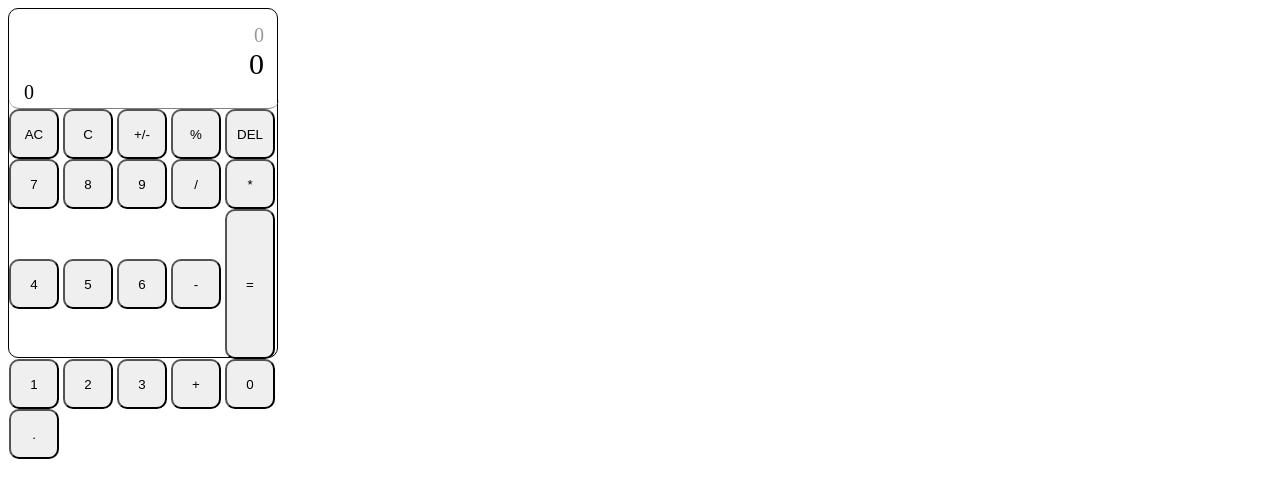
Repository: baziz22/Vanilla_JS_Projects
Page: claculator/index.html
The author's editor kept a copy of each file at every save. The page is drawn from the files as they stood at one save, then again after the next save.
The browser window is 1280 px wide. The pictures show the whole page.

Above is the page before, as saved 2022-03-02 02:58:58.
Console error: SyntaxError: Malformed arrow function parameter list

### claculator/index.html
<!DOCTYPE html>
<html lang="en">
  <head>
    <meta charset="UTF-8" />
    <meta http-equiv="X-UA-Compatible" content="IE=edge" />
    <meta name="viewport" content="width=device-width, initial-scale=1.0" />
    <link rel="stylesheet" href="style.css" />
    <script src="script.js" defer></script>
    <title>Calculator</title>
  </head>
  <body>
    <div class="container">
      <div class="wrapper">
        <div id="display">
          <div id="equation">0</div>
          <div id="total">0</div>
          <div id="temp-result">0</div>
        </div>
        <div id="buttons">
          <button class="btn" all-clear>AC</button>
          <button class="btn" last-entity-clear>C</button>
          <button class="btn" operation>+/-</button>
          <button class="btn" operation>%</button>
          <button class="btn" operation>DEL</button>
          <button class="btn" number>7</button>
          <button class="btn" number>8</button>
          <button class="btn" number>9</button>
          <button class="btn" operation>/</button>
          <button classs="btn" operation>*</button>
          <button class="btn" number>4</button>
          <button class="btn" number>5</button>
          <button class="btn" number>6</button>
          <button class="btn" operation">-</button>
          <button class="btn" equal id="equals">=</button>
          <button class="btn" number>1</button>
          <button class="btn" number>2</button>
          <button class="btn" number>3</button>
          <button class="btn" operation>+</button>
          <button class="btn" number>0</button>
          <button class="btn" number dot>.</button>


        </div>
      </div>
    </div>
  </body>
</html>

### claculator/style.css
* {
  box-sizing: border-box;
}
.wrapper {
  border: 1px solid black;
  border-radius: 10px;
  width: 270px;
  height: 350px;
}
#buttons {
  display: inline-block;
}
button {
  width: 50px;
  height: 50px;
  border-radius: 10px;
}
#equals {
  height: 150px;
}
#display {
  padding: 15px;
  width: 270px;
  height: 100px;
  text-align: right;
  border-bottom: 1px solid gray;
  border-radius: 10px;
}
#equation {
  opacity: 0.4;
  font-size: 20px;
  /* overflow: hidden; */
}
#total {
  font-size: 30px;
}
#temp-result {
  font-size: 20px;
  text-align: left;
}

### claculator/script.js
const output = document.getElementById('output');
const total = document.getElementById('total');
const reset = document.getElementById('ac');
const btn = document.querySelectorAll('.btn');
const operants = ['=', '+', '-', '*', '/'];
const equalOperation = '=';
function clear() {}
function digitDelete() {}
const operantValue = function (arg, operant) {
  let theOperant = '';
  //console.log('args: ', arg);
  operant.forEach((element, i) => {
    //console.log(i + '. ' + element);
    //console.log('opernat: ', operant);
    if (operant[i] === arg[0]) {
      console.log('this is the operant', operant[i]);
      theOperant = operant[i];
    }
  });
  return theOperant;
};

function appendNumber(d) {
  let digits = [];
  let saveOperants = [];
  let saveDigits = [];
  let outputContents = '';
  console.log('print: ', d);
  if (d.value !== equalOperation) {
    digits.push(d.value);
    let g = operantValue(digits, operants);
    console.log('g: ', g);
    //console.log('digits: ', digits);
    output.innerHTML += digits;
    if (d.value !== g) {
      outputContents += output.textContent;
      console.log(outputContents);
      //saveOutputDigit = outputContents;
      //console.log('s: ',saveOutputDigit);
      out = outputContents.concat();
      console.log('out: ', out);
    }
    if (d.value === g) {
      outputContents = '';
      //saveOutputDigit = '';
      saveOperants.push(g);
      saveDigits.push(Number(out));
      console.log('2. OutputContents: ', out);
      console.log('saveDigits: ', saveDigits);
      //reset outputContent\
      console.log('saveOperants: ', saveOperants);
      //operantValue(digits, operants);
    }
  } else {
    compute();
  }
}
function chooseOperation(operation) {}
function compute() {
  console.log('Final Result');
}
function updateDisplay() {}
let out = '';
let saveOutputDigit = '';


  btn.forEach(element => {
    element.addEventListener('click', appendNumber(element) => {element.value});
  });

After the next save:
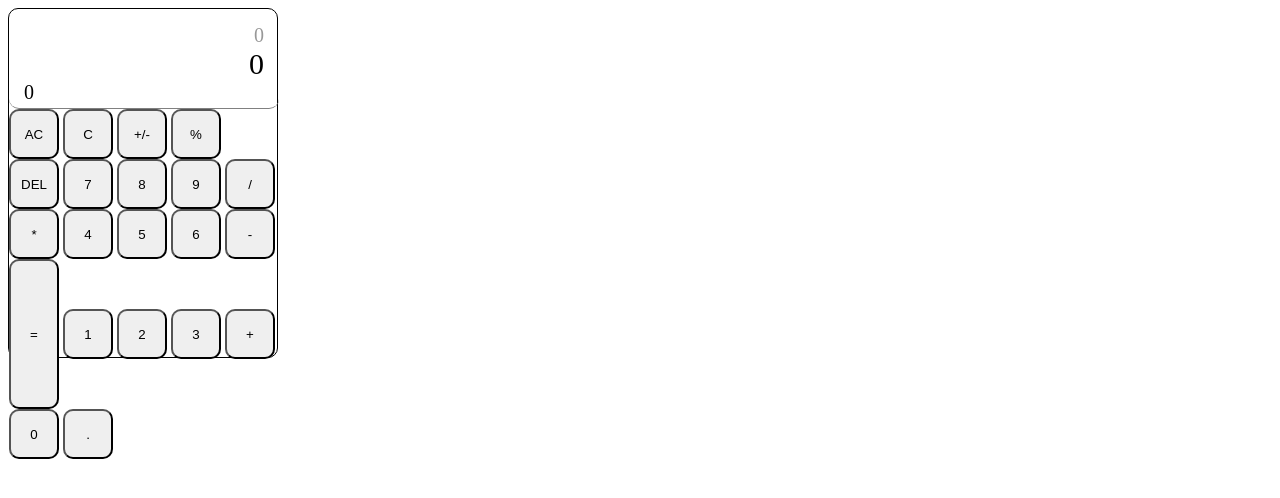
Saved 2 min 36 s later.
--- a/claculator/index.html
+++ b/claculator/index.html
@@ -17,10 +17,16 @@
           <div id="temp-result">0</div>
         </div>
         <div id="buttons">
-          <button class="btn" all-clear>AC</button>
+          <div id="left-side">
+            <button class="btn" all-clear>AC</button>
           <button class="btn" last-entity-clear>C</button>
           <button class="btn" operation>+/-</button>
           <button class="btn" operation>%</button>
+          </div>
+          <div id="right-side">
+
+          </div>
+
           <button class="btn" operation>DEL</button>
           <button class="btn" number>7</button>
           <button class="btn" number>8</button>
